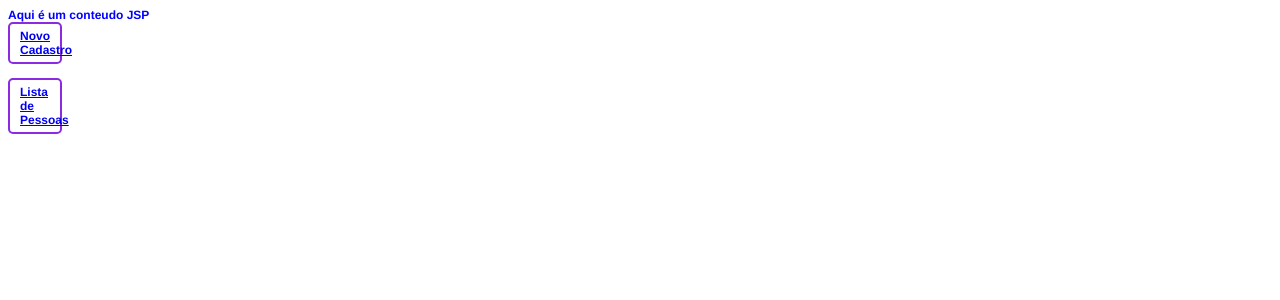
Repository: weristec/form-web
Page: http://localhost/form-cadas-pessoa/index.jsp
An editor plug-in stored every save of this project. The page is shown before and after the next save, followed by the edit.
The browser window is 1280 px wide. The pictures show the whole page.
The page is served by Tomcat 9. Nobody is signed in. The application's start-up code is not run.

Above is the page before, as saved 2021-08-19 00:54:05.

After the next save:
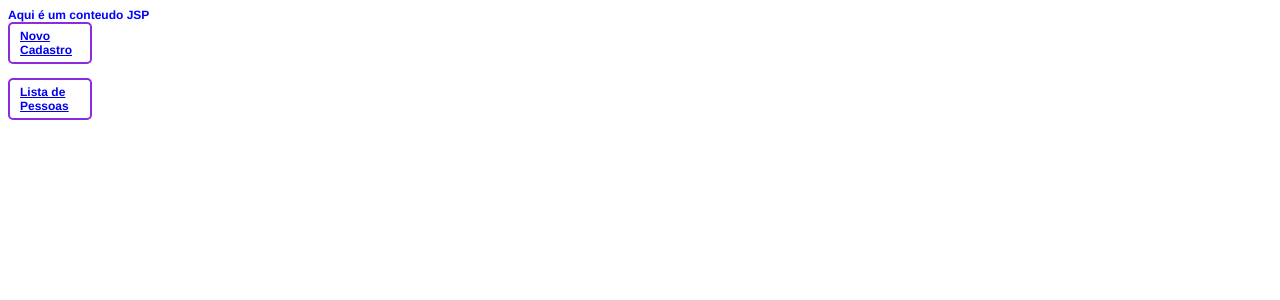
Saved 21 s later.
--- a/form-cadas-pessoa/src/main/webapp/css/estilo.css
+++ b/form-cadas-pessoa/src/main/webapp/css/estilo.css
@@ -44,7 +44,7 @@ input, select {
     float: right;
 }
 .bt3{
-	width: 30px;
+	width: 60px;
 	border: 2px solid blueviolet;
     background-color: white;
     font-weight: bold;
